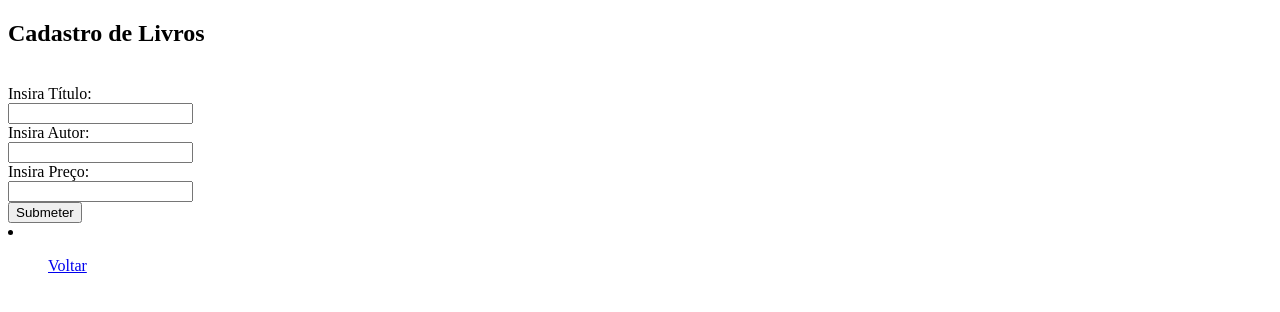
Repository: vpanarello/EJB
Page: http://localhost/03_LivrosWeb/cadastro.jsp
An editor plug-in stored every save of this project. The page is shown before and after the next save, followed by the edit.
The browser window is 1280 px wide. The pictures show the whole page.
The page is served by Tomcat 9. Other server files are loaded and not shown.

Above is the page before, as saved 2016-08-31 23:01:52.

### 03_LivrosWeb/WebContent/cadastro.jsp
<%@ page language="java" contentType="text/html; charset=ISO-8859-1"
	pageEncoding="ISO-8859-1"%>
<%@ taglib uri="http://java.sun.com/jsp/jstl/core" prefix="c"%>
<!DOCTYPE html PUBLIC "-//W3C//DTD HTML 4.01 Transitional//EN"
"http://www.w3.org/TR/html4/loose.dtd">
<html>
<head>
<meta http-equiv="Content-Type" content="text/html; charset=ISO-8859-1">
<title>Insert title here</title>
</head>
<body>
	<form action="livros" method="post">

		<h2>Cadastro de Livros</h2><br>
		<label>Insira Título:</label><br>
		<input type="text" name="titulo"><br>
		<label>Insira Autor:</label><br>
		<input type="text" name="autor"><br>
		<label>Insira Preço:</label><br>
		<input type="text" name="preco"> <br>
		<input type="submit" name="submeter" value="Submeter">


	</form>

		<li>
		<ul><a href="livros">Voltar</a></ul>
	</li>

</body>
</html>

After the next save:
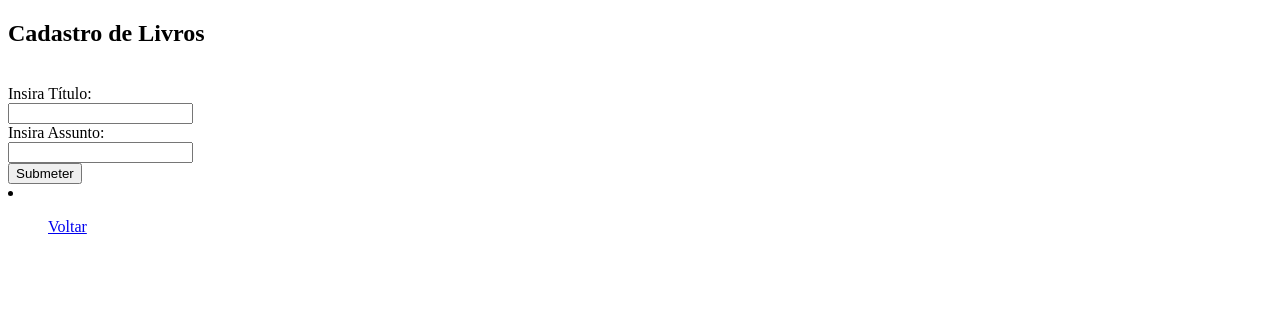
Saved 60 s later.
--- a/03_LivrosWeb/WebContent/cadastro.jsp
+++ b/03_LivrosWeb/WebContent/cadastro.jsp
@@ -14,10 +14,8 @@
 		<h2>Cadastro de Livros</h2><br>
 		<label>Insira Título:</label><br>
 		<input type="text" name="titulo"><br>
-		<label>Insira Autor:</label><br>
-		<input type="text" name="autor"><br>
-		<label>Insira Preço:</label><br>
-		<input type="text" name="preco"> <br>
+		<label>Insira Assunto:</label><br>
+		<input type="text" name="assunto"><br>
 		<input type="submit" name="submeter" value="Submeter">
 
 
